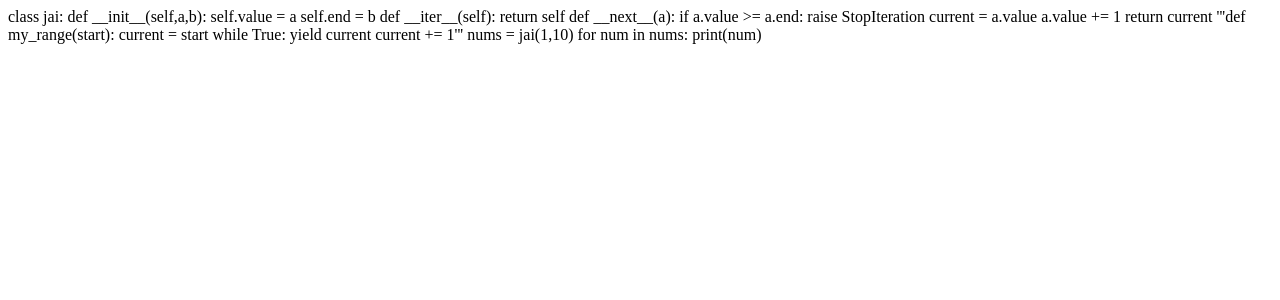
Repository: JAYAPRAKASH7541/jai7541
Page: python_sample_package/simple.html
The author's editor kept a record of every edit. The page is drawn from the files as they stood at one moment, then again after the next edit.
The browser window is 1280 px wide. The pictures show the whole page.

Above is the page before.

### python_sample_package/simple.html

class jai:

    def __init__(self,a,b):
        self.value = a
        self.end = b

    def __iter__(self):
        return self

    def __next__(a):
        if a.value >= a.end:
            raise StopIteration
        current = a.value
        a.value += 1
        return current


'''def my_range(start):
    current = start
    while True:
        yield current
        current += 1'''


nums = jai(1,10)

for num in nums:
    print(num)

After the next edit:
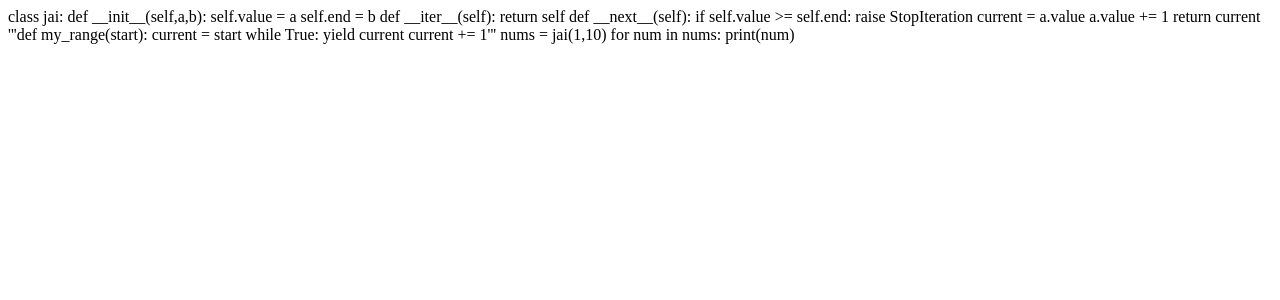
The edit:
--- a/python_sample_package/simple.html
+++ b/python_sample_package/simple.html
@@ -8,8 +8,8 @@
     def __iter__(self):
         return self
 
-    def __next__(a):
-        if a.value >= a.end:
+    def __next__(self):
+        if self.value >= self.end:
             raise StopIteration
         current = a.value
         a.value += 1
